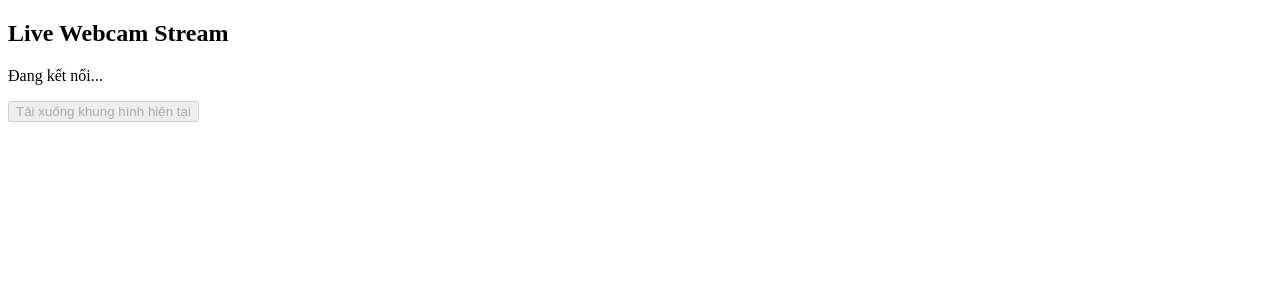
Repository: AzenKain/Traffic-Red-Light-Running-Violation-Detection
Page: / (app in client-web/client-web/)
The author's editor kept a copy of each file at every save. The page is drawn from the files as they stood at one save, then again after the next save.
The browser window is 1280 px wide. The pictures show the whole page.
The page's requests for data from a server got no answer. The project was rebuilt for these pictures with package versions that can differ from the ones it lists, and the page was loaded fresh each time. The framework's server and built-in components were replaced by stand-ins that run in the browser. No one was signed in, and anything a server would have sent is missing.

Above is the page before, as saved 2025-03-22 23:47:03.

### client-web/client-web/src/app/page.tsx
"use client";

import VideoStream from "@/components/videostream";


export default function App() {
  return (
    <main className="flex min-h-screen items-center justify-center bg-base-300">
      <VideoStream />
    </main>
  );
}

### client-web/client-web/src/components/videostream/index.tsx
"use client";
import { useEffect, useState } from "react";

export default function VideoStream() {
  const [imageSrc, setImageSrc] = useState<string | null>(null);
  const [isDownloading, setIsDownloading] = useState(false);
  const [downloadSuccess, setDownloadSuccess] = useState(false);

  useEffect(() => {
    const ws = new WebSocket("ws://localhost:8000/ws");

    ws.onmessage = (event) => {
      setImageSrc(`data:[embedded picture, 37 characters]);
    };

    ws.onerror = (error) => {
      console.error("WebSocket Error:", error);
    };

    return () => {
      ws.close();
    };
  }, []);

  const downloadCurrentFrame = () => {
    if (!imageSrc) return;

    try {
      setIsDownloading(true);

      // Tạo tên file với timestamp
      const fileName = `webcam-capture-${new Date().getTime()}.jpg`;

      // Tạo một thẻ a tạm thời để tải xuống
      const link = document.createElement('a');
      link.href = imageSrc;
      link.download = fileName;
      document.body.appendChild(link);

      // Kích hoạt sự kiện click để tải xuống
      link.click();

      // Dọn dẹp
      document.body.removeChild(link);

      // Hiển thị thông báo thành công
      setDownloadSuccess(true);
      setTimeout(() => setDownloadSuccess(false), 3000);
    } catch (error) {
      console.error('Error downloading image:', error);
    } finally {
      setIsDownloading(false);
    }
  };

  return (
    <div className="card bg-base-100 shadow-xl max-w-3xl mx-auto">
      <div className="card-body">
        <h2 className="card-title justify-center">Live Webcam Stream</h2>

        <div className="relative w-full mt-4">
          {imageSrc ? (
            <img
              src={imageSrc}
              alt="Live Stream"
              className="w-full h-auto rounded-lg shadow-lg"
            />
          ) : (
            <div className="flex items-center justify-center h-64 bg-base-200 rounded-lg">
              <span className="loading loading-spinner loading-md mr-2"></span>
              <p>Đang kết nối...</p>
            </div>
          )}
        </div>

        <div className="card-actions justify-center mt-4">
          <button
            onClick={downloadCurrentFrame}
            disabled={!imageSrc || isDownloading}
            className="btn btn-primary"
          >
            {isDownloading ? (
              <>
                <span className="loading loading-spinner loading-sm"></span>
                Đang tải xuống...
              </>
            ) : (
              "Tải xuống khung hình hiện tại"
            )}
          </button>
        </div>

        {downloadSuccess && (
          <div className="alert alert-success mt-4">
            <svg xmlns="http://www.w3.org/2000/svg" className="stroke-current shrink-0 h-6 w-6" fill="none" viewBox="0 0 24 24"><path strokeLinecap="round" strokeLinejoin="round" strokeWidth="2" d="M9 12l2 2 4-4m6 2a9 9 0 11-18 0 9 9 0 0118 0z" /></svg>
            <span>Khung hình đã được tải xuống thành công!</span>
          </div>
        )}
      </div>
    </div>
  );
}

After the next save:
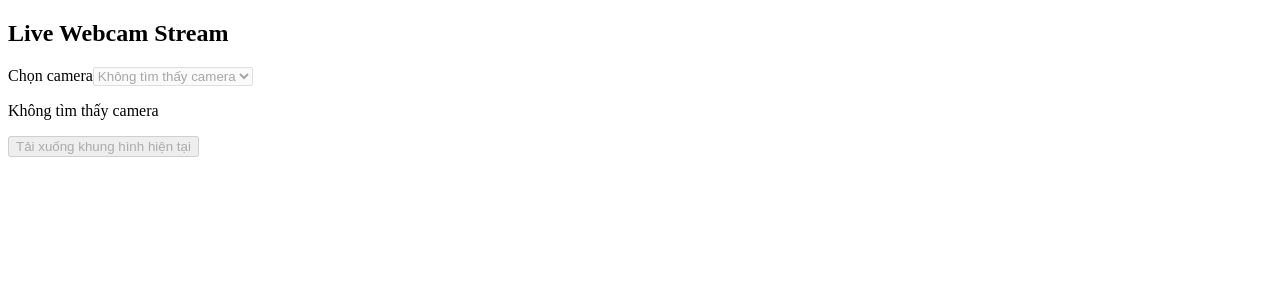
Saved 12 min 15 s later.
--- a/client-web/client-web/src/components/videostream/index.tsx
+++ b/client-web/client-web/src/components/videostream/index.tsx
@@ -1,13 +1,57 @@
 "use client";
 import { useEffect, useState } from "react";
+
+interface Camera {
+  id: number;
+}
 
 export default function VideoStream() {
   const [imageSrc, setImageSrc] = useState<string | null>(null);
   const [isDownloading, setIsDownloading] = useState(false);
   const [downloadSuccess, setDownloadSuccess] = useState(false);
+  const [availableCameras, setAvailableCameras] = useState<Camera[]>([]);
+  const [selectedCamera, setSelectedCamera] = useState<number>(0);
+  const [isLoading, setIsLoading] = useState(true);
+  const [websocket, setWebsocket] = useState<WebSocket | null>(null);
 
+  // Fetch available cameras
   useEffect(() => {
-    const ws = new WebSocket("ws://localhost:8000/ws");
+    const fetchCameras = async () => {
+      try {
+        const response = await fetch('http://localhost:8000/available-cameras');
+        const data = await response.json();
+        const cameras = data.available_cameras.map((id: number) => ({ id }));
+
+        setAvailableCameras(cameras);
+        if (cameras.length > 0 && selectedCamera === 0) {
+          setSelectedCamera(cameras[0].id);
+        }
+      } catch (error) {
+        console.error('Error fetching cameras:', error);
+      } finally {
+        setIsLoading(false);
+      }
+    };
+
+    fetchCameras();
+  }, []);
+
+  // Connect to WebSocket with selected camera
+  useEffect(() => {
+    // Đóng WebSocket cũ nếu có
+    if (websocket) {
+      websocket.close();
+      setWebsocket(null);
+      setImageSrc(null);
+    }
+
+    // Tạo WebSocket mới với camera đã chọn
+    const ws = new WebSocket(`ws://localhost:8000/ws?camera_id=${selectedCamera}`);
+    setWebsocket(ws);
+
+    ws.onopen = () => {
+      console.log(`WebSocket connected to camera ${selectedCamera}`);
+    };
 
     ws.onmessage = (event) => {
       setImageSrc(`data:[embedded picture, 37 characters]);
@@ -17,10 +61,14 @@ export default function VideoStream() {
       console.error("WebSocket Error:", error);
     };
 
+    ws.onclose = () => {
+      console.log("WebSocket connection closed");
+    };
+
     return () => {
       ws.close();
     };
-  }, []);
+  }, [selectedCamera]);
 
   const downloadCurrentFrame = () => {
     if (!imageSrc) return;
@@ -28,8 +76,8 @@ export default function VideoStream() {
     try {
       setIsDownloading(true);
 
-      // Tạo tên file với timestamp
-      const fileName = `webcam-capture-${new Date().getTime()}.jpg`;
+      // Tạo tên file với timestamp và camera ID
+      const fileName = `camera-${selectedCamera}-${new Date().getTime()}.jpg`;
 
       // Tạo một thẻ a tạm thời để tải xuống
       const link = document.createElement('a');
@@ -53,11 +101,41 @@ export default function VideoStream() {
     }
   };
 
+  const handleCameraChange = (e: React.ChangeEvent<HTMLSelectElement>) => {
+    setSelectedCamera(Number(e.target.value));
+  };
+
   return (
     <div className="card bg-base-100 shadow-xl max-w-3xl mx-auto">
       <div className="card-body">
         <h2 className="card-title justify-center">Live Webcam Stream</h2>
 
+        {/* Camera selector */}
+        <div className="form-control w-full max-w-xs mx-auto mb-4">
+          <label className="label">
+            <span className="label-text">Chọn camera</span>
+          </label>
+          <select
+            className="select select-bordered w-full"
+            value={selectedCamera}
+            onChange={handleCameraChange}
+            disabled={isLoading || availableCameras.length === 0}
+          >
+            {isLoading ? (
+              <option value="">Đang tải danh sách camera...</option>
+            ) : availableCameras.length === 0 ? (
+              <option value="">Không tìm thấy camera</option>
+            ) : (
+              availableCameras.map(camera => (
+                <option key={camera.id} value={camera.id}>
+                  Camera {camera.id}
+                </option>
+              ))
+            )}
+          </select>
+        </div>
+
+        {/* Video stream */}
         <div className="relative w-full mt-4">
           {imageSrc ? (
             <img
@@ -66,13 +144,14 @@ export default function VideoStream() {
               className="w-full h-auto rounded-lg shadow-lg"
             />
           ) : (
-            <div className="flex items-center justify-center h-64 bg-base-200 rounded-lg">
-              <span className="loading loading-spinner loading-md mr-2"></span>
-              <p>Đang kết nối...</p>
+            <div className="flex flex-col items-center justify-center h-64 bg-base-200 rounded-lg">
+              <span className="loading loading-spinner loading-md mb-2"></span>
+              <p>{availableCameras.length === 0 ? "Không tìm thấy camera" : "Đang kết nối..."}</p>
             </div>
           )}
         </div>
 
+        {/* Download button */}
         <div className="card-actions justify-center mt-4">
           <button
             onClick={downloadCurrentFrame}
@@ -90,6 +169,7 @@ export default function VideoStream() {
           </button>
         </div>
 
+        {/* Success notification */}
         {downloadSuccess && (
           <div className="alert alert-success mt-4">
             <svg xmlns="http://www.w3.org/2000/svg" className="stroke-current shrink-0 h-6 w-6" fill="none" viewBox="0 0 24 24"><path strokeLinecap="round" strokeLinejoin="round" strokeWidth="2" d="M9 12l2 2 4-4m6 2a9 9 0 11-18 0 9 9 0 0118 0z" /></svg>
